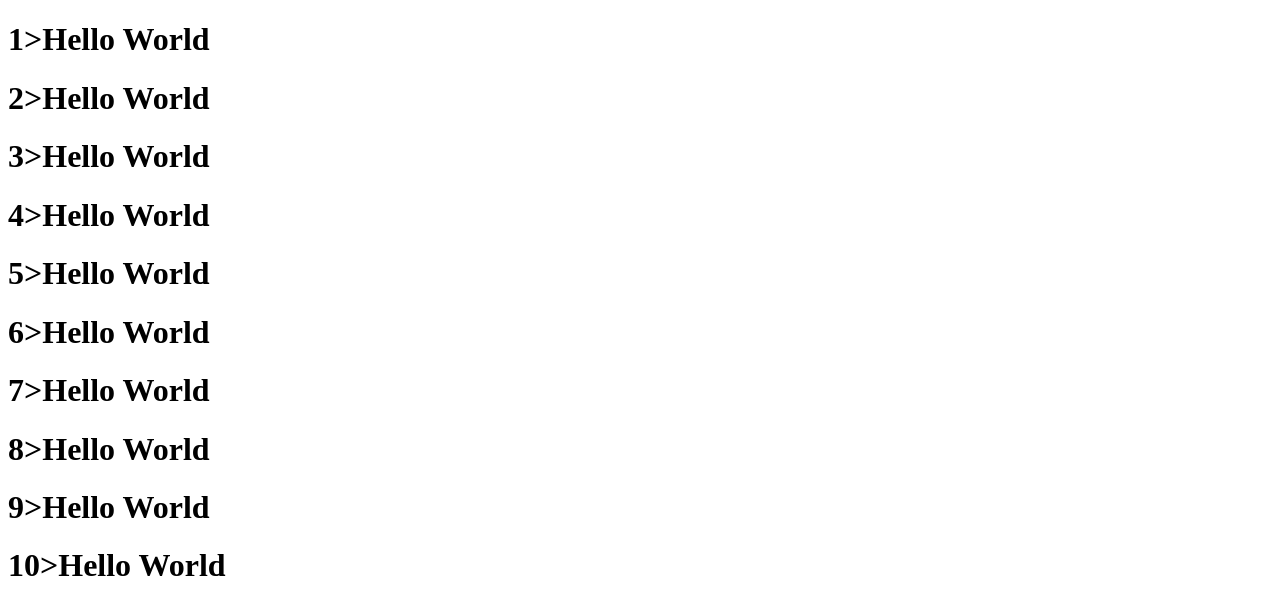
Repository: meet542/AdvanceJava
Page: http://localhost/Web-Project/hello.jsp
These files come from the project's save history. The page is drawn as it stood at one moment and after the next save; the edit follows.
The browser window is 1280 px wide. The pictures show the whole page.
The page is served by Tomcat 9.

Above is the page before, as saved 2026-08-19 12:16:06.

After the next save:
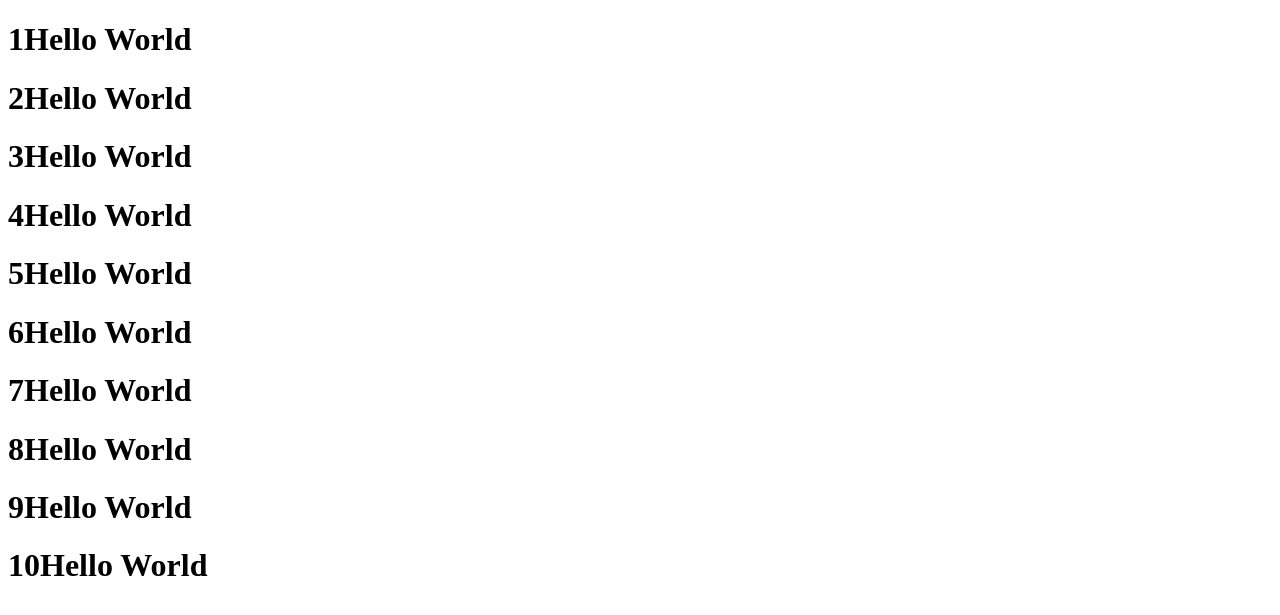
Saved 52 s later.
--- a/jspServlet-Workspace/Web-Project/src/main/webapp/hello.jsp
+++ b/jspServlet-Workspace/Web-Project/src/main/webapp/hello.jsp
@@ -14,7 +14,7 @@
 	for (int i = 1; i <= 10; i++) {
 	%>
 
-	<h1><%=i%>>Hello World
+	<h1><%=i%>Hello World
 	</h1>
 
 	<%
